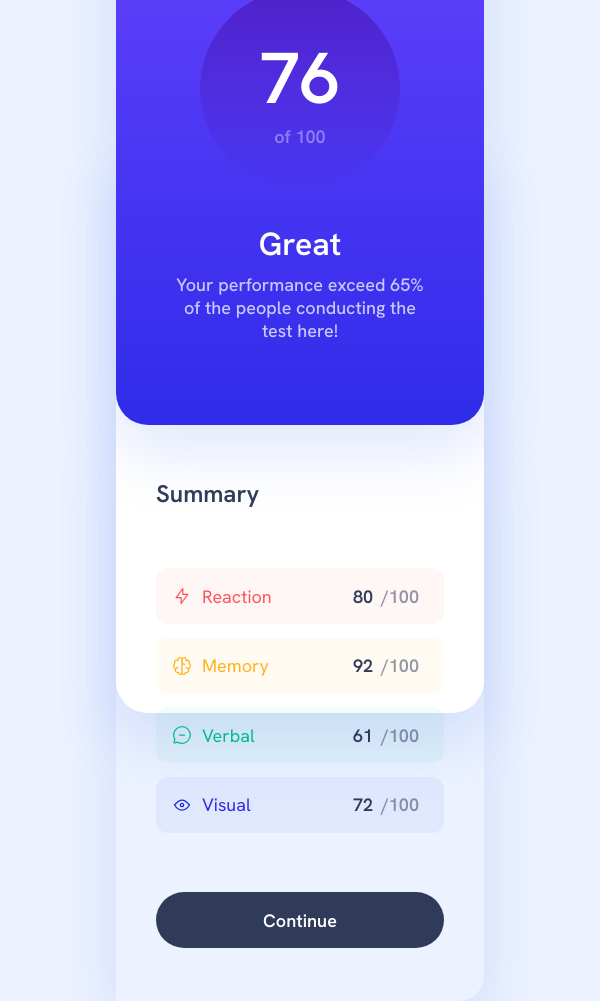
Repository: KamoliddinGIT/result-summary
Page: index.html
An editor plug-in stored every save of this project. The page is shown before and after the next save, followed by the edit.
The browser window is 600 px wide. The pictures show the whole page.

Above is the page before, as saved 2023-09-08 16:53:18.

After the next save:
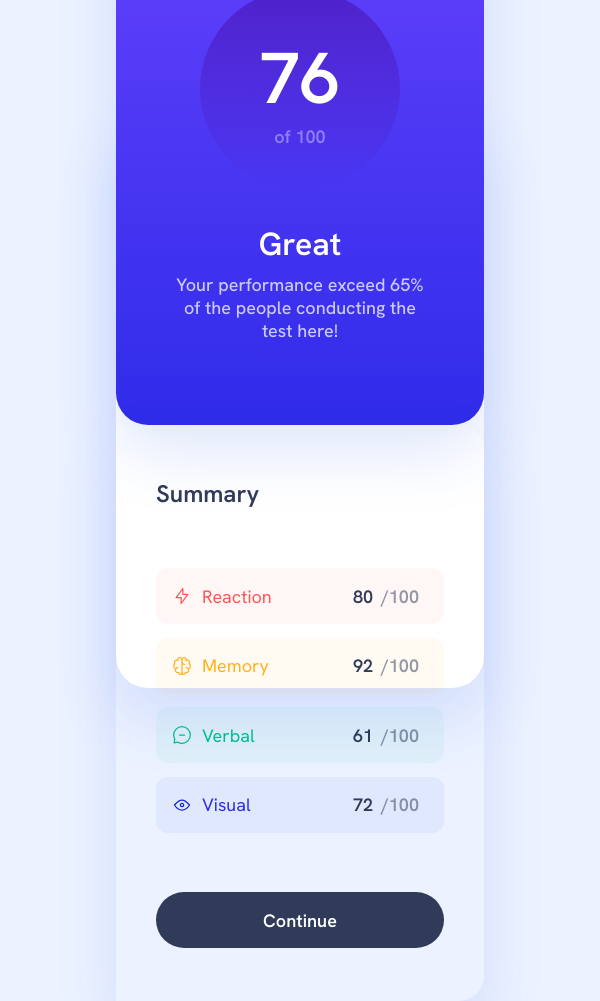
Saved 7 s later.
--- a/css/style.css
+++ b/css/style.css
@@ -303,7 +303,6 @@ body {
   } */
 
   .container {
-    margin-top: 50px;
     flex-direction: column;
     width: 100%;
     max-width: 368px;
@@ -311,6 +310,7 @@ body {
 
   .result-box {
     width: 100%;
+    margin-top: 50px;
     max-width: 100%;
     box-shadow: 0px 30px 60px 0px rgba(61, 108, 236, 0.15);
   }
